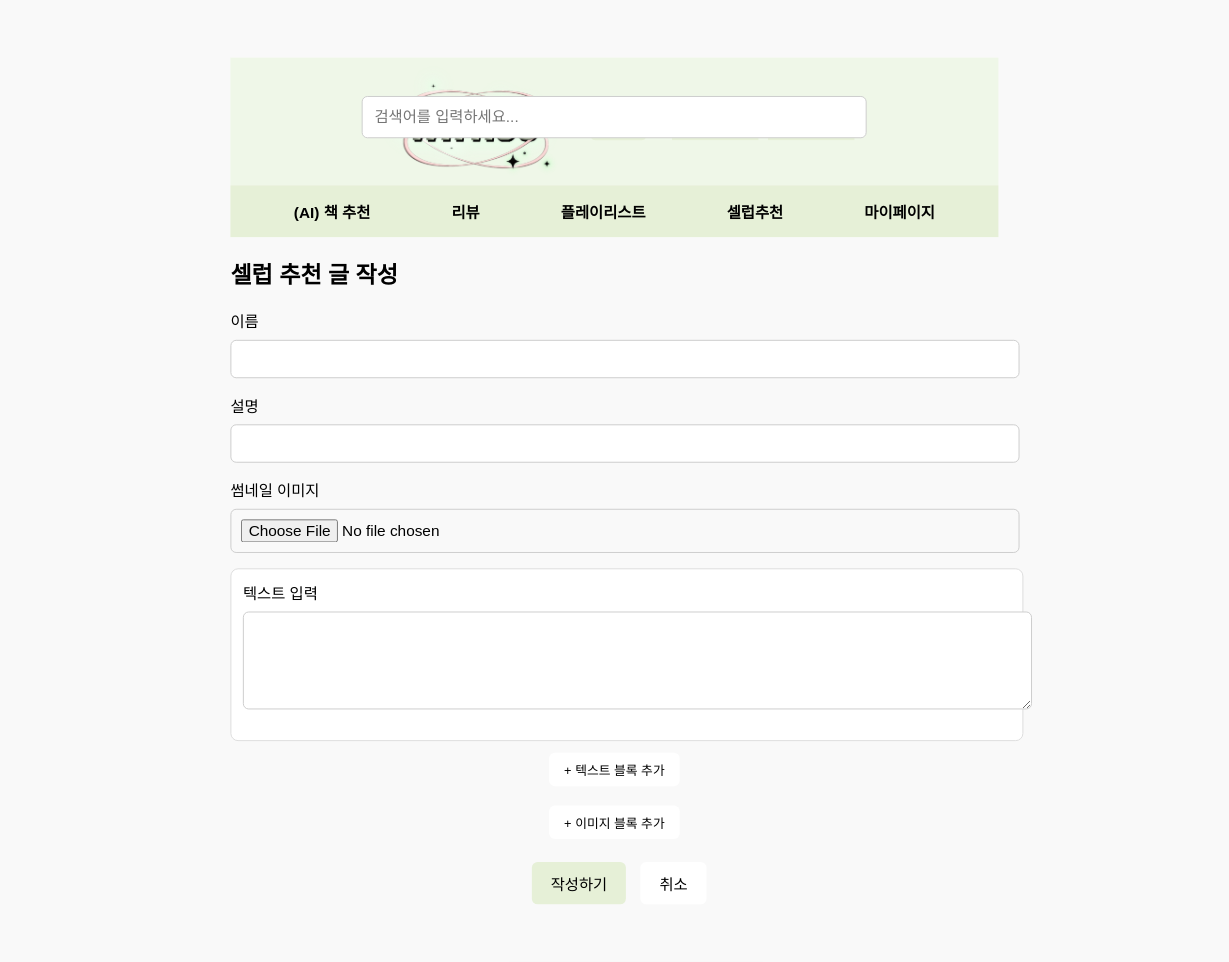
Repository: book-recommendation-team/book_recommendation_web_project
Page: http://localhost/2025_teamproject/celebForm.jsp
The author's editor kept a copy of each file at every save. The page is drawn from the files as they stood at one save, then again after the next save.
The browser window is 1280 px wide. The pictures show the whole page, at 96% of full size.
The page is served by Tomcat 9.

Above is the page before, as saved 2025-07-02 05:20:26.

After the next save:
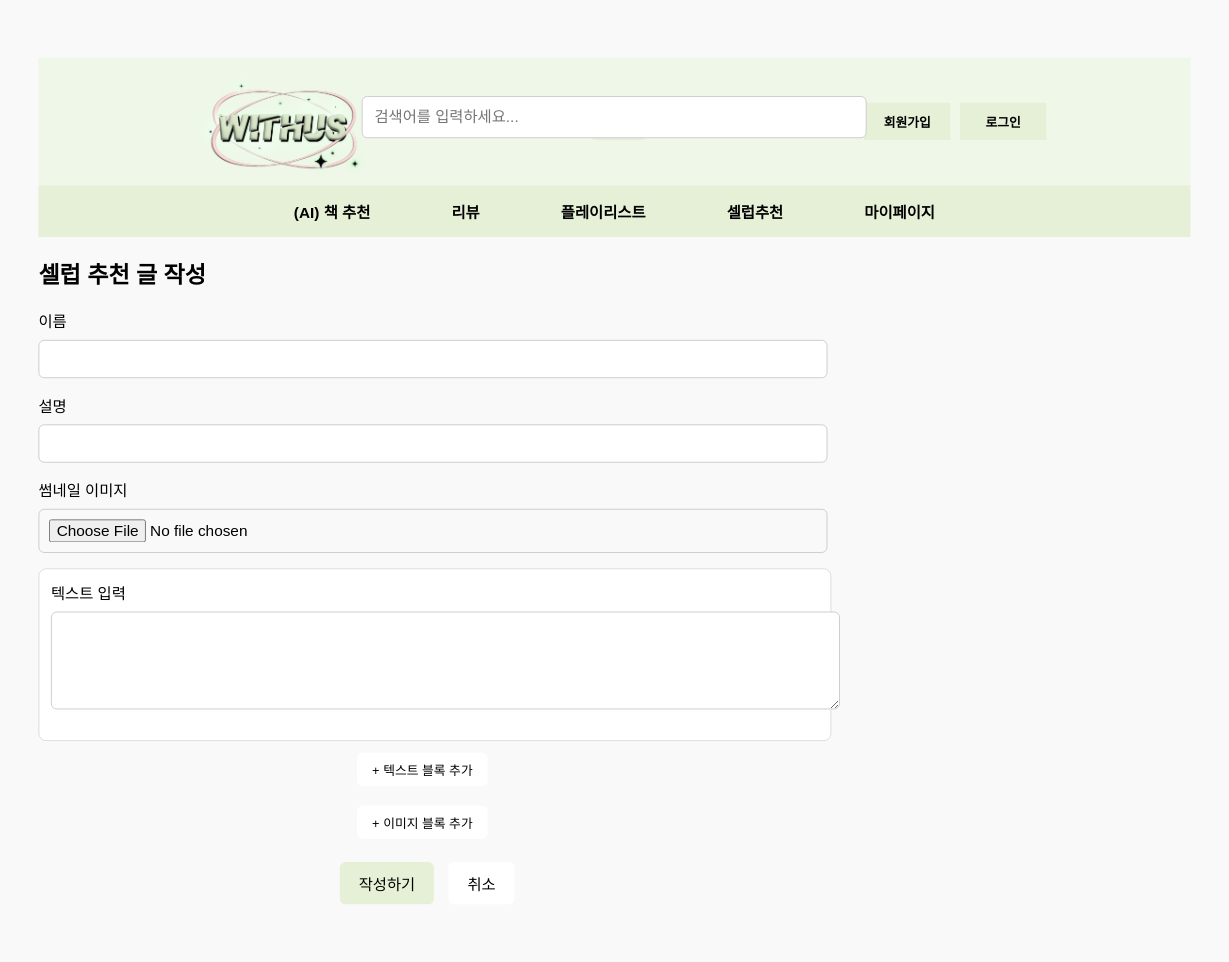
Saved 14 s later.
--- a/2025_teamproject/src/main/webapp/celebForm.jsp
+++ b/2025_teamproject/src/main/webapp/celebForm.jsp
@@ -12,7 +12,7 @@
 body {
 	font-family: 'Noto Sans KR', sans-serif;
 	margin: 40px auto;
-	max-width: 800px;
+	max-width: 1200px;
 	padding: 20px;
 	background-color: #f9f9f9;
 }

After the save that followed:
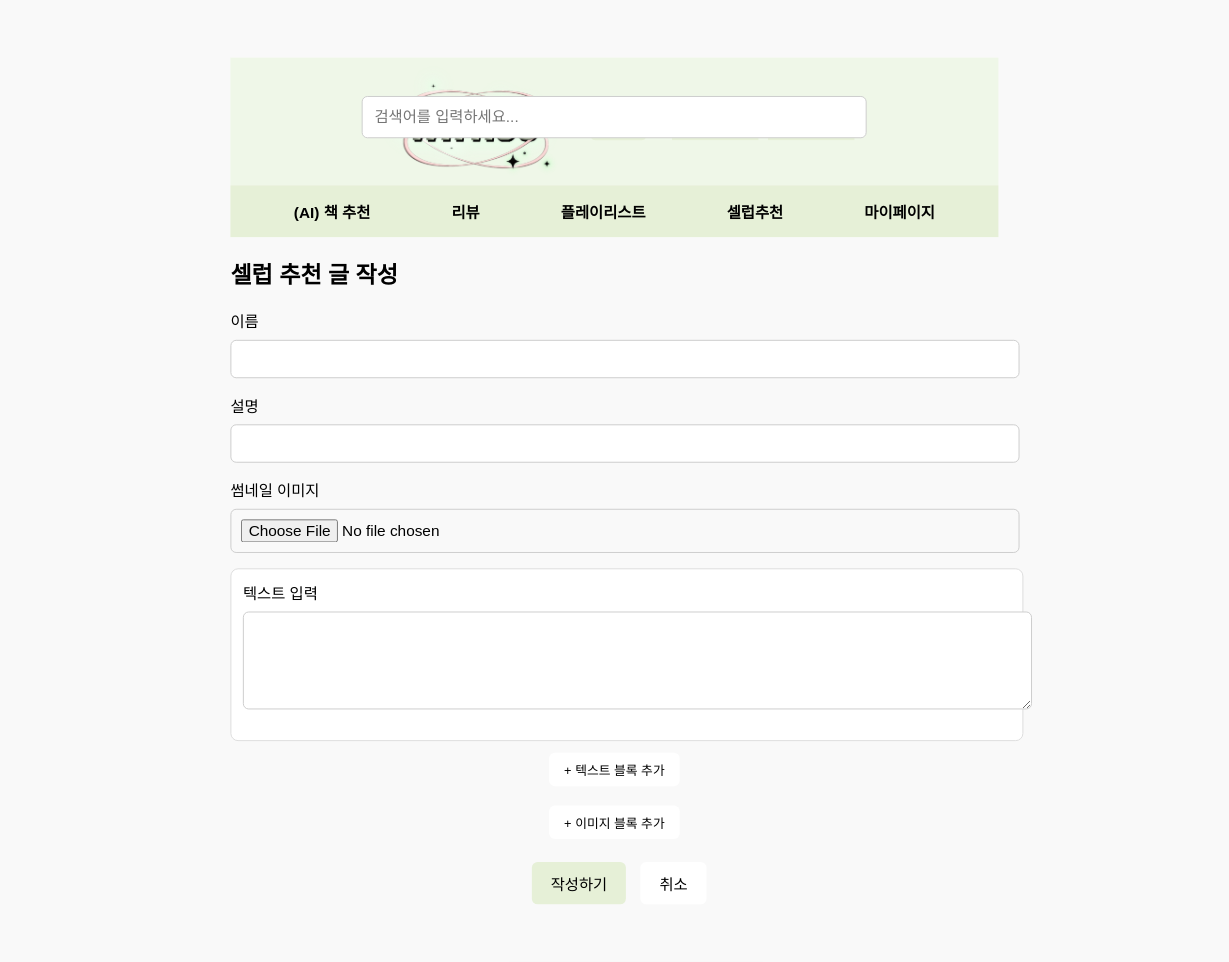
Saved 12 s later.
--- a/2025_teamproject/src/main/webapp/celebForm.jsp
+++ b/2025_teamproject/src/main/webapp/celebForm.jsp
@@ -12,7 +12,7 @@
 body {
 	font-family: 'Noto Sans KR', sans-serif;
 	margin: 40px auto;
-	max-width: 1200px;
+	max-width: 800px;
 	padding: 20px;
 	background-color: #f9f9f9;
 }
@@ -21,11 +21,8 @@
 	margin-bottom: 20px;
 	max-width: 800px;
 }
-
 form {
-	max-width: 800px;
-}
-
+max-width: 800px;}
 input[type="text"], input[type="file"], textarea {
 	width: 100%;
 	padding: 10px;
@@ -93,29 +90,29 @@
 
 <body>
 
-	<header>
-		<div id="logo">
-			<a href="main.jsp"> <img src="img/logo.png" alt="로고">
-			</a>
-		</div>
+<header>
+	<div id="logo">
+		<a href="main.jsp"> <img src="img/logo.png" alt="로고">
+		</a>
+	</div>
 
-		<div class="search-group">
-			<input type="text" id="search-box" placeholder="검색어를 입력하세요..." />
-			<button id="search-btn">검색</button>
-		</div>
-		<div id="user-buttons">
-			<button id="join-btn" onclick="location.href='join.jsp'">회원가입</button>
-			<button id="login-btn" onclick="location.href='Login.jsp'">로그인</button>
-		</div>
-	</header>
+	<div class="search-group">
+		<input type="text" id="search-box" placeholder="검색어를 입력하세요..." />
+		<button id="search-btn">검색</button>
+	</div>
+	<div id="user-buttons">
+		<button id="join-btn" onclick="location.href='join.jsp'">회원가입</button>
+		<button id="login-btn" onclick="location.href='Login.jsp'">로그인</button>
+	</div>
+</header>
 
-	<nav>
-		<a href="#">(AI) 책 추천</a> <a
-			href="${pageContext.request.contextPath}/reviewList">리뷰</a> <a
-			href="#">플레이리스트</a> <a
-			href="${pageContext.request.contextPath}/celebList">셀럽추천</a> <a
-			href="#">마이페이지</a>
-	</nav>
+<nav>
+	<a href="#">(AI) 책 추천</a> <a
+		href="${pageContext.request.contextPath}/reviewList">리뷰</a> <a
+		href="#">플레이리스트</a> <a
+		href="${pageContext.request.contextPath}/celebList">셀럽추천</a> <a
+		href="#">마이페이지</a>
+</nav>
 
 	<h2>셀럽 추천 글 작성</h2>
 
